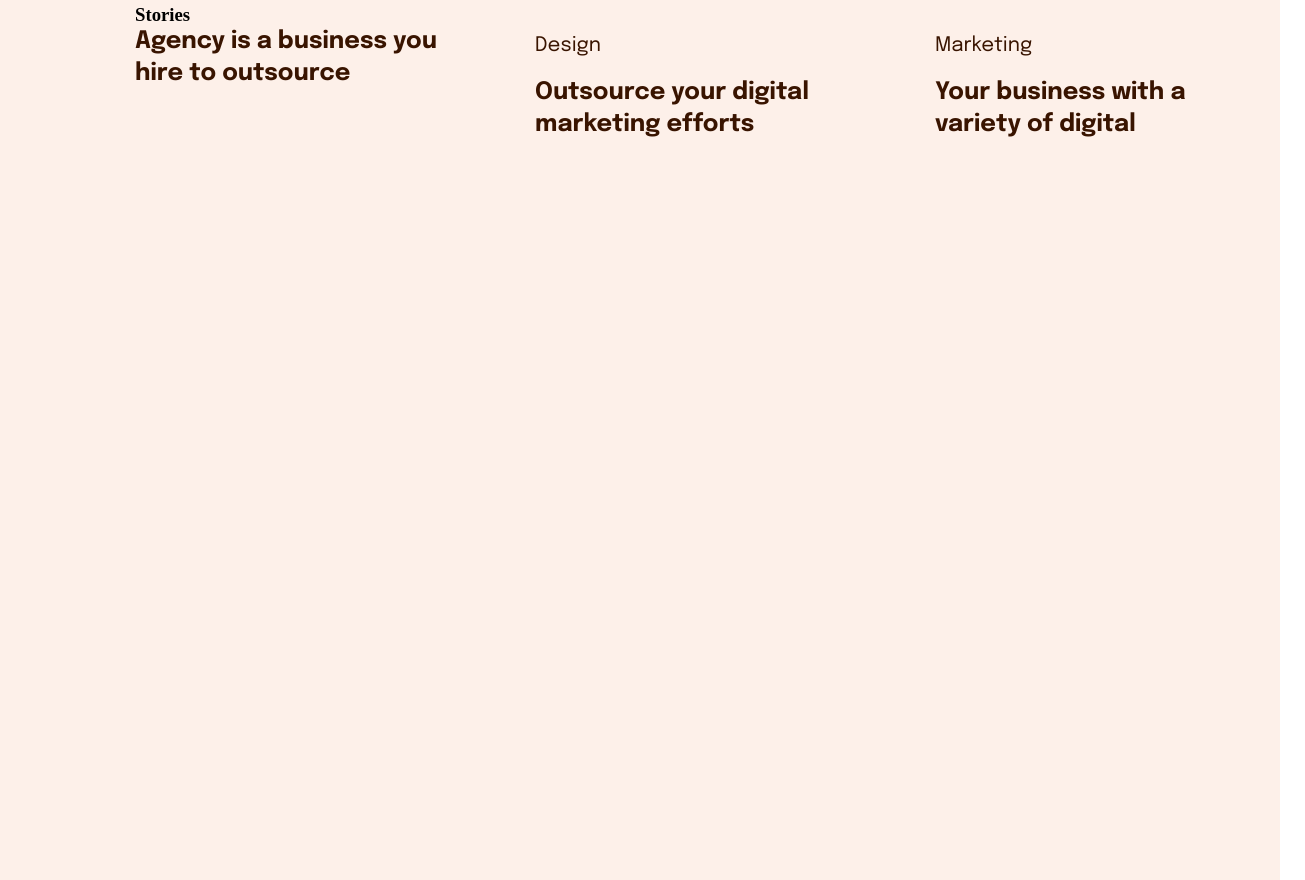
Repository: cesurrustemov/task5
Page: index.html
The author's editor kept a copy of each file at every save. The page is drawn from the files as they stood at one save, then again after the next save.
The browser window is 1280 px wide. The page is 1305 px wide, so the pictures cover 1305 px, including what lies to the right of the window. The pictures show the part of the page from y = 560 to 1440 px (the page is 1440 px tall).

Above is the page before, as saved 2023-12-23 17:14:27.

### index.html
<!DOCTYPE html>
<html lang="en">
<head>
    <meta charset="UTF-8" />
    <meta name="viewport" content="width=device-width, initial-scale=1.0" />
    <title>Document</title>
    <link rel="stylesheet" href="index.css" />
</head>
<body>
    <div class="container">
        <h1>Our Blog</h1>
        <h2>Latest Blog Articles</h2>
        <div class="text-container">
            <div class="photo1">
                <img class="img1" src="https://static.vecteezy.com/vite/assets/photo-masthead-375-b8ae1548.webp"
                    alt="Discover All" />
                <h3 >Stories</h3>
                <h4 class="f1">Agency is a business you hire to outsource</h4>
            </div>
            <div class="photo2">
                <img class="img2"
                    src="https://images.pexels.com/photos/1557652/pexels-photo-1557652.jpeg?auto=compress&cs=tinysrgb&dpr=1&w=500"
                    alt="" />
                <h3 class="h2">Design</h3>
                <h4 class="f2">Outsource your digital marketing efforts</h4>
            </div>
            <div class="photo3">
                <img class="img3"
                    src="https://img.freepik.com/free-photo/painting-mountain-lake-with-mountain-background_188544-9126.jpg"
                    alt="" />
                <h3 class="h3">Marketing</h3>
                <h4 class="f3">Your business with a variety of digital</h4>
            </div>
        </div>
    </div>
</body>

</html>

### index.css
@import url('https://fonts.googleapis.com/css2?family=Epilogue:wght@400;700;800&display=swap');
* {
    margin: 0;
    padding: 0;
    box-sizing: border-box;
}
.container{
    padding: 112px 135px 68px 135px;
    background: #FDF0E9;
    min-height: 200vh;
}
h1 {
    /* margin-left: 135px; */
    color: var(--Text_Dark_Accent, #EF6D58);
    font-feature-settings: 'clig' off, 'liga' off;
    font-family: Epilogue;
    font-size: 16px;
    font-style: normal;
    font-weight: 400;
    line-height: 32px;
    letter-spacing: 3px;
    text-transform: uppercase;
}

h2 {
    width: 318px;
    margin-bottom: 64px;
    color: var(--Text_Dark, #391400);
    font-feature-settings: 'clig' off, 'liga' off;
    font-family: Epilogue;
    font-size: 56px;
    font-style: normal;
    font-weight: 800;
    line-height: 64px;
    letter-spacing: -1px;
}

.text-container {
    display: flex;
}
.photo1 {
    /* margin-left: 135px; */
}

.img1 {
    width: 370px;
    height: 224px;
    border-radius: 6px;
    background: #5C2000;
}

.h1 {
    margin-bottom: 15px;
    color: var(--Text_Dark, #391400);
    font-feature-settings: 'clig' off, 'liga' off;
    margin-top: 26px;
    font-family: Epilogue;
    font-size: 20px;
    font-style: normal;
    font-weight: 400;
    line-height: 32px;
}

.f1 {
    color: var(--Text_Dark, #391400);
    font-feature-settings: 'clig' off, 'liga' off;
    width: 338px;
    height: 68px;
    flex-shrink: 0;
    font-family: Epilogue;
    font-size: 24px;
    font-style: normal;
    font-weight: 700;
    line-height: 32px;
}

.photo2 {
    margin-left: 30px;
}

.img2 {
    margin-bottom: 26px;
    width: 370px;
    height: 224px;
    flex-shrink: 0;
    border-radius: 6px;
    background: #5C2000;
}

.h2 {
    margin-bottom: 15px;
    color: var(--Text_Dark, #391400);
    font-feature-settings: 'clig' off, 'liga' off;

    font-family: Epilogue;
    font-size: 20px;
    font-style: normal;
    font-weight: 400;
    line-height: 32px;
}

.f2 {
    width: 338px;
    height: 68px;
    flex-shrink: 0;
    color: var(--Text_Dark, #391400);
    font-feature-settings: 'clig' off, 'liga' off;


    font-family: Epilogue;
    font-size: 24px;
    font-style: normal;
    font-weight: 700;
    line-height: 32px;
}

.photo3 {
    margin-left: 30px;
}

.img3 {
    width: 370px;
    height: 224px;
    flex-shrink: 0;
    border-radius: 6px;
    background: #5C2000;
}

.h3 {
    margin-top: 26px;
    margin-bottom: 15px;
    color: var(--Text_Dark, #391400);
    font-feature-settings: 'clig' off, 'liga' off;

    font-family: Epilogue;
    font-size: 20px;
    font-style: normal;
    font-weight: 400;
    line-height: 32px;
}

.f3 {
    width: 338px;
    height: 68px;
    flex-shrink: 0;
    color: var(--Text_Dark, #391400);
    font-feature-settings: 'clig' off, 'liga' off;

    font-family: Epilogue;
    font-size: 24px;
    font-style: normal;
    font-weight: 700;
    line-height: 32px;
}

After the next save:
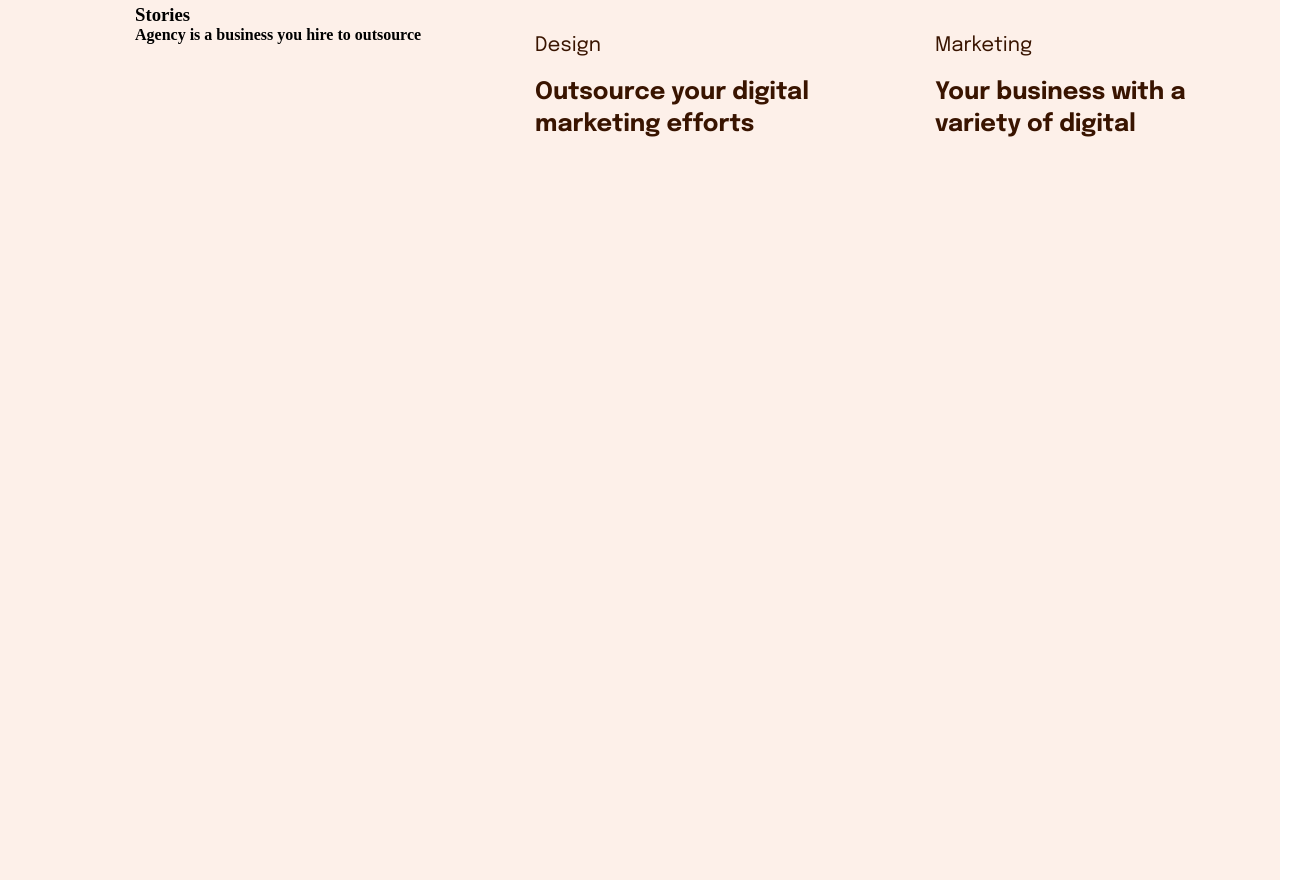
Saved 4 s later.
--- a/index.html
+++ b/index.html
@@ -15,7 +15,7 @@
                 <img class="img1" src="https://static.vecteezy.com/vite/assets/photo-masthead-375-b8ae1548.webp"
                     alt="Discover All" />
                 <h3 >Stories</h3>
-                <h4 class="f1">Agency is a business you hire to outsource</h4>
+                <h4 >Agency is a business you hire to outsource</h4>
             </div>
             <div class="photo2">
                 <img class="img2"
